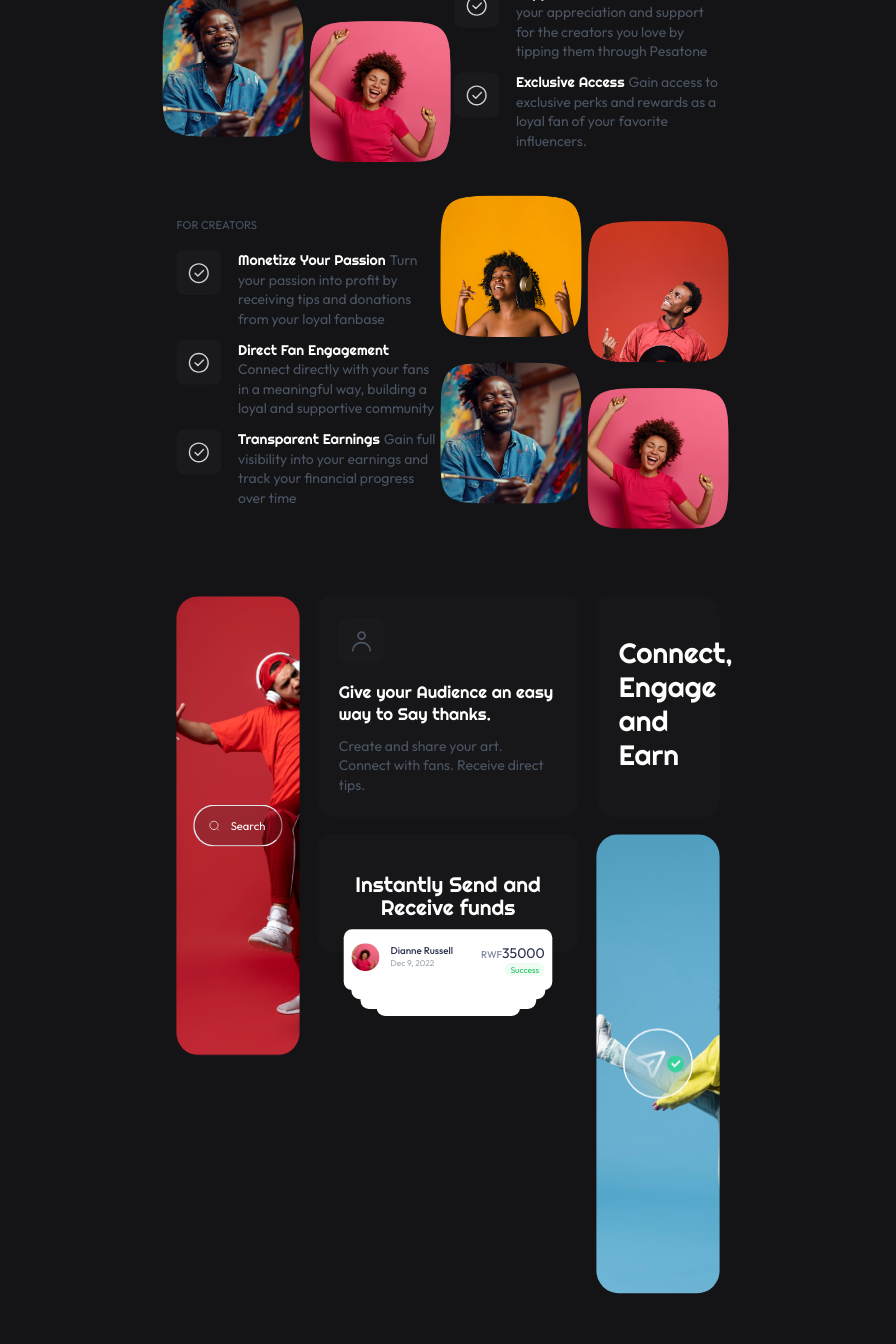
Repository: felixdusengimana/capstone-project-mirror
Page: / (app in frontend/)
These files come from the project's save history. The page is drawn as it stood at one moment and after the next save; the edit follows.
The browser window is 1280 px wide. The pictures show the part of the page from y = 2169 to 4089 px (the page is 4089 px tall), at 70% of full size.
The project was rebuilt for these pictures with package versions that can differ from the ones it lists, and the page was loaded fresh each time. The framework's server and built-in components were replaced by stand-ins that run in the browser. Also part of the build but not shown: frontend/next.config.mjs.

Above is the page before, as saved 2024-03-11 17:27:41.

After the next save:
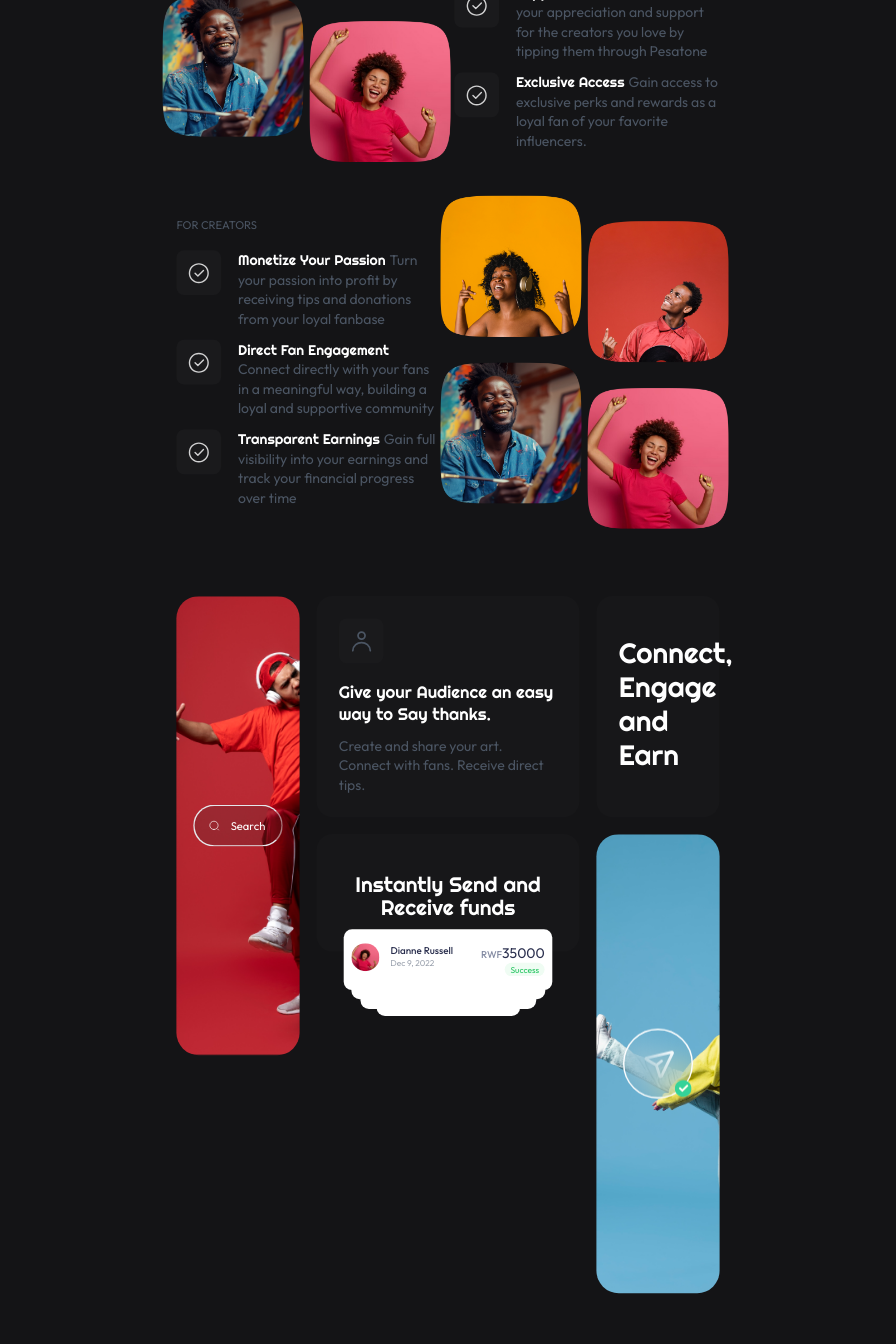
Saved 12 s later.
--- a/frontend/app/page.tsx
+++ b/frontend/app/page.tsx
@@ -236,7 +236,10 @@ export default function page() {
           <div className="bg-[url('/sent-bg.png')] bg-cover bg-no-repeat row-span-2 bg-transparent rounded-[32px] px-6 flex items-center justify-center">
             <button className="border-2 relative border-white w-[100px] h-[100px] rounded-full flex items-center justify-center  backdrop-blur-xl">
               <Icon name="send" />
-              <Icon name="transaction-status" />
+              <Icon
+                name="transaction-status"
+                className="absolute bottom-0 right-0"
+              />
             </button>
           </div>
         </div>
